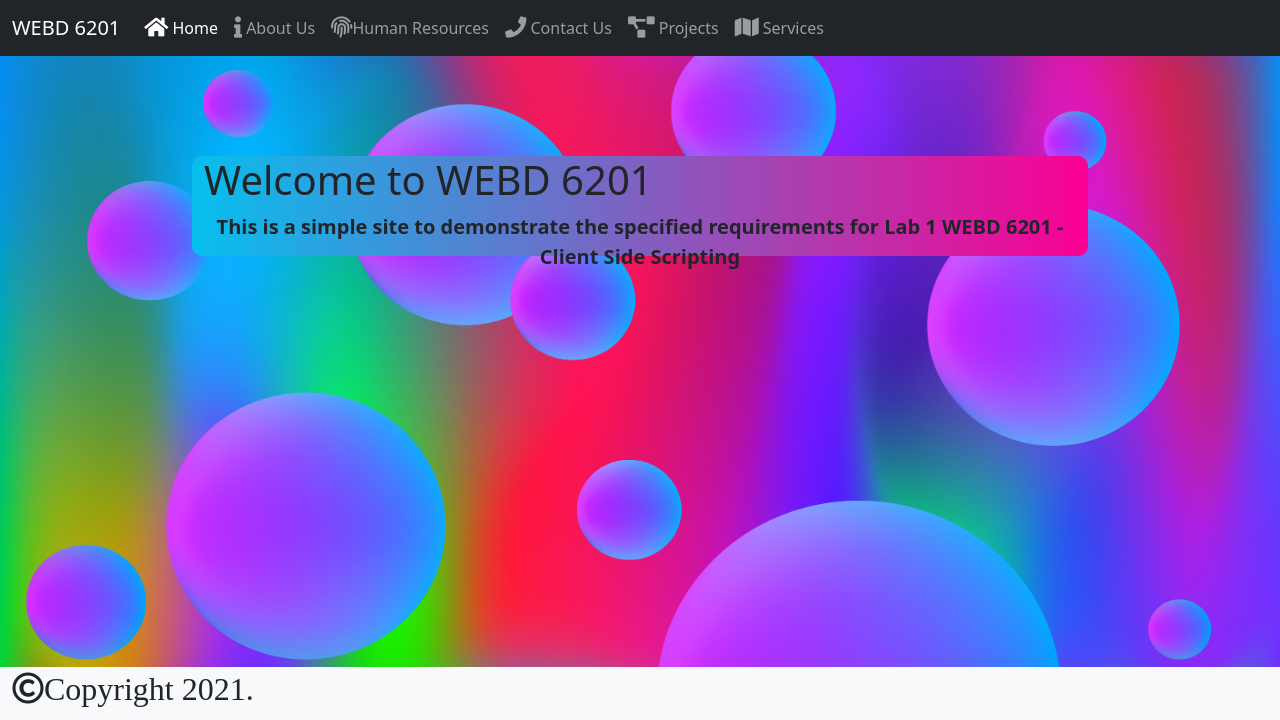
Repository: vans12345678/WEBD6201-W2021-Week3
Page: index.html
An editor plug-in stored every save of this project. The page is shown before and after the next save, followed by the edit.
The browser window is 1280 px wide. The pictures show the whole page.

Above is the page before, as saved 2021-01-28 19:53:03.
Console error: ReferenceError: mainContent is not defined

### index.html
<!DOCTYPE html>
<html lang="en">
<head>
    <meta charset="UTF-8">
    <meta name="viewport" content="width=device-width, initial-scale=1.0">
    <title>Index</title>

    <!-- CSS Section -->
    <link rel="stylesheet" href="./node_modules/bootstrap/dist/css/bootstrap.min.css">
    <link rel="stylesheet" href="./node_modules/@fortawesome/fontawesome-free/css/all.min.css">
    <link rel="stylesheet" href="./Content/app.css">
</head>
<body class ="Index">

  <!-- Main Header -->
    <header>
      <!-- Main Navigation -->
        <nav class="navbar navbar-expand-lg navbar-dark bg-dark">
            <div class="container-fluid">
              <a class="navbar-brand" href="index.html">WEBD 6201</a>
              <button class="navbar-toggler" type="button" data-bs-toggle="collapse" data-bs-target="#navbarSupportedContent" aria-controls="navbarSupportedContent" aria-expanded="false" aria-label="Toggle navigation">
                <span class="navbar-toggler-icon"></span>
              </button>
              <div class="collapse navbar-collapse" id="navbarSupportedContent">
                <ul class="navbar-nav me-auto mb-2 mb-lg-0">
                  <li class="nav-item">
                    <a class="nav-link active" aria-current="page" href="index.html"><i class="fas fa-home fa-lg"></i> Home</a>
                  </li>
                  <li class="nav-item">
                    <a class="nav-link" aria-current="page" href="about.html"><i class="fas fa-info fa-lg"></i> About Us</a>
                  </li>
                  <li class="nav-item">
                    <a class="nav-link" aria-current="page" href="human-resources.html"><i class="fas fa-fingerprint fa-lg"></i>Human Resources</a>
                  </li>
                  <li class="nav-item">
                    <a class="nav-link" aria-current="page" href="contact.html"><i class="fas fa-phone fa-lg"></i> Contact Us</a>
                  </li>
                  <li class="nav-item">
                    <a class="nav-link" aria-current="page" href="projects.html"><i class="fas fa-project-diagram fa-lg"></i> Projects</a>
                  </li>

                  <li class="nav-item">
                    <a class="nav-link" aria-current="page" href="services.html"><i class="fas fa-map fa-lg"></i> Services</a>
                  </li>
                </ul>
              </div>
            </div>
          </nav>
    </header>
  <!-- Main Contents -->
    <main class="container">
        <h1>Welcome to WEBD 6201</h1>
        <p id="introParagraph" class=""></p>
    </main>
    <!-- Main Footer -->
    <footer>
        <nav class="navbar fixed-bottom navbar-light bg-light">
            <div class="container-fluid">
                <h4><i class="far fa-copyright fa-lg">Copyright 2021.</i></h4>
            </div>
          </nav>
    </footer>
    <!-- Script Section -->
    <script src="./node_modules/jquery/dist/jquery.min.js"></script>
    <script src="./node_modules/bootstrap/dist/js/bootstrap.bundle.min.js"></script>
    <script src="./Scripts/app.js"></script>
</body>
</html>

### Content/app.css
/* custom css goes here */
body.Index,Footer {
    background-image: url('../images/vapor.jpg');
    background-repeat: no-repeat;
    background-attachment: fixed;
    background-size: 100% 100%;
  }
  .container{

    border-radius: 10px;
    width: 70%;
    height: 100px;
    margin: 100px auto;
    background: linear-gradient(90deg,#06bfee,#fb0093)
  }

### Scripts/app.js
/* Custom JavaScript goes here */

//IIFE - Immediately Invoked Function Expression
//AKA - Anonymous Self-Executing Function
//Closure - limits scope leak

"use strict";


(function(){

    function displayHome()
    {

        let introText = "This is a simple site to demonstrate the specified requirements for Lab 1 WEBD 6201 - Client Side Scripting";
        let introTextElement = document.getElementById("introParagraph");

        introTextElement.textContent = introText;
        introTextElement.className = "fs-5 fw-bold text-center";

        mainContent.innerHTML =
        `<h1 id = "firstHeading">Welcome to WEBD6201 - Lab 1</h1>
        <p id = "paragraphOne" class = "fs-3 fw-bold">This is my first paragraph</p>
        `;

    }
    function displayAbout()
    {

    }
    function displayProjects()
    {

    }
    function displayServices()
    {

    }
    function displayContact()
    {

        let messageArea = document.getElementById("messageArea");
        messageArea.hidden = true;

        //form validation
        let fullName = document.getElementById("fullName");
        fullName.addEventListener("blur", function()
        {
            if(fullName.value.length < 2)
            {
                fullName.focus();
                fullName.select();
                messageArea.hidden = false;
                messageArea.className = "alert alert-danger";
                messageArea.textContent = "Please enter an appropriate name > 2 characters";
            }
            else
            {
                messageArea.removeAttribute("class");
                messageArea.hidden = true;
            }
        });
            let sendButton = document.getElementById("sendButton");
            sendButton.addEventListener("click", function(event)
            {
                //event.preventDefault();
                // //Displays twice?

                let contact = new Contact(fullName.value,contactNumber.value, emailAddress.value);

                //console.log(contact.serialize());
                if(contact.serialize())
                {
                    localStorage.setItem((localStorage.length + 1).toString(),contact.serialize());
                }
            });
    }
    function displayContactList()
    {
        if(localStorage.length > 0)
        {
            let contactList = document.getElementById("contactList");
            let data = "";

            for (let index = 0; index < localStorage.length; index++)
            {
                let contactData = localStorage.getItem((index + 1).toString());
                let contact = new Contact();

                contact.deserialize(contactData);

                data += `<tr>
                <th scope="row">${index + 1}</th>
                <td>${contact.FullName}</td>
                <td>${contact.ContactNumber}</td>
                <td>${contact.EmailAddress}</td>
              </tr>`;
            }
            contactList.innerHTML = data;
        }

    }

    function Start()
    {
        console.log("App Started...");

        switch(document.title)
        {
            case "Index":
                displayHome();
                break;
            case "About":
                displayAbout();
                break;
            case "Projects":
                displayProjects();
                break;
            case "Services":
                displayServices();
                break;
            case "Contact Us":
                displayContact();
                break;
            case "Contact-List":
                displayContactList();
                break;
        }


    }

    window.addEventListener("load", Start);

})();

Loaded but not shown: node_modules/bootstrap/dist/css/bootstrap.min.css (library); node_modules/@fortawesome/fontawesome-free/css/all.min.css (library); node_modules/jquery/dist/jquery.min.js (library); node_modules/bootstrap/dist/js/bootstrap.bundle.min.js (library)

After the next save:
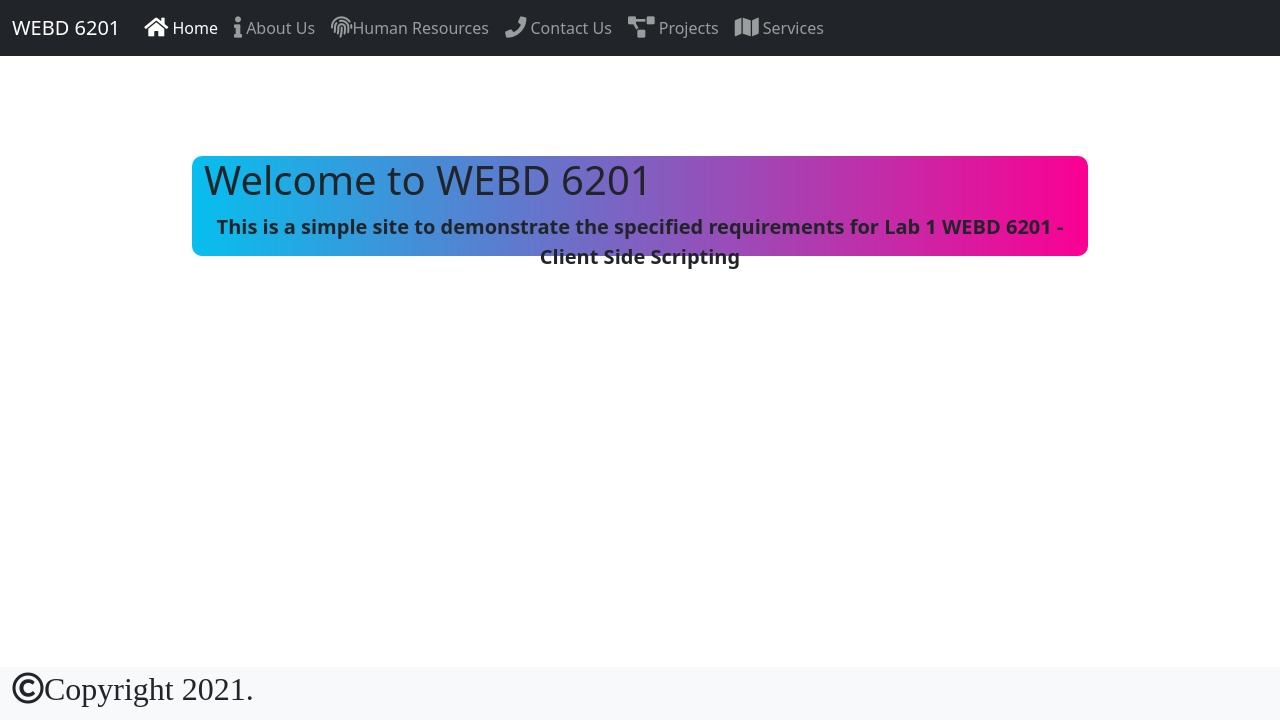
Saved 11 s later.
--- a/Content/app.css
+++ b/Content/app.css
@@ -1,5 +1,5 @@
 /* custom css goes here */
-body.Index,Footer {
+body.Vapor {
     background-image: url('../images/vapor.jpg');
     background-repeat: no-repeat;
     background-attachment: fixed;

After the save that followed:
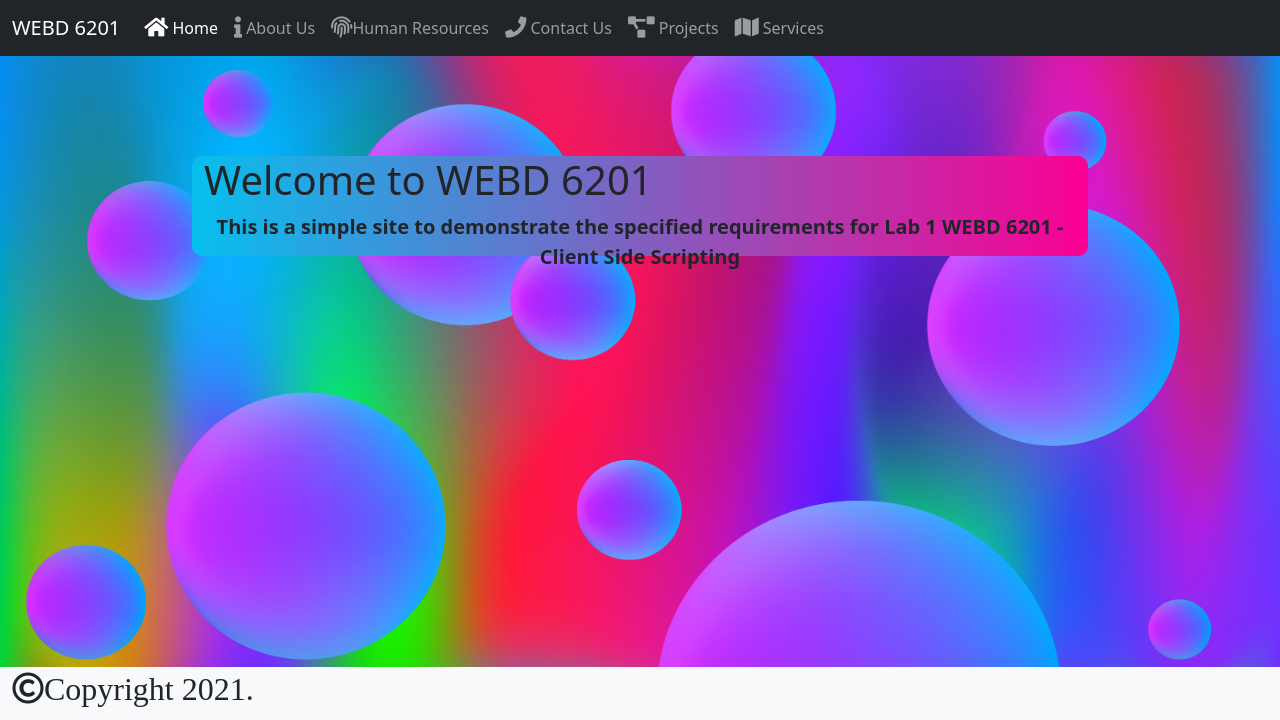
Saved 9 s later.
--- a/index.html
+++ b/index.html
@@ -10,7 +10,7 @@
     <link rel="stylesheet" href="./node_modules/@fortawesome/fontawesome-free/css/all.min.css">
     <link rel="stylesheet" href="./Content/app.css">
 </head>
-<body class ="Index">
+<body class ="Vapor">
 
   <!-- Main Header -->
     <header>
